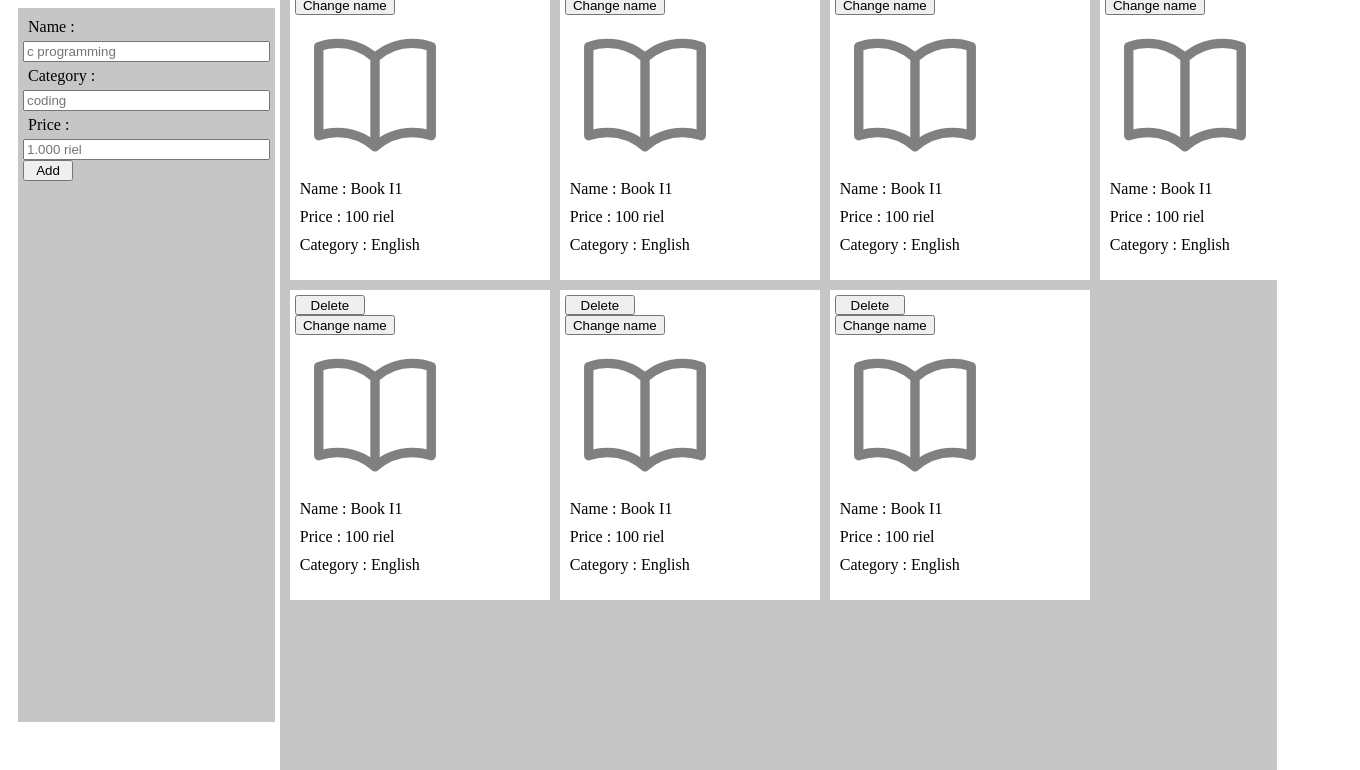
Repository: Sarah7223/internet-programming-tp
Page: TP2/TP02.6.html
An editor plug-in stored every save of this project. The page is shown before and after the next save, followed by the edit.
The browser window is 1280 px wide. The page is 1360 px wide, then 1282 px, so the pictures cover 1360 px, including what lies to the right of the window. The pictures show the whole page.

Above is the page before, as saved 2023-01-14 17:00:44.

After the next save:
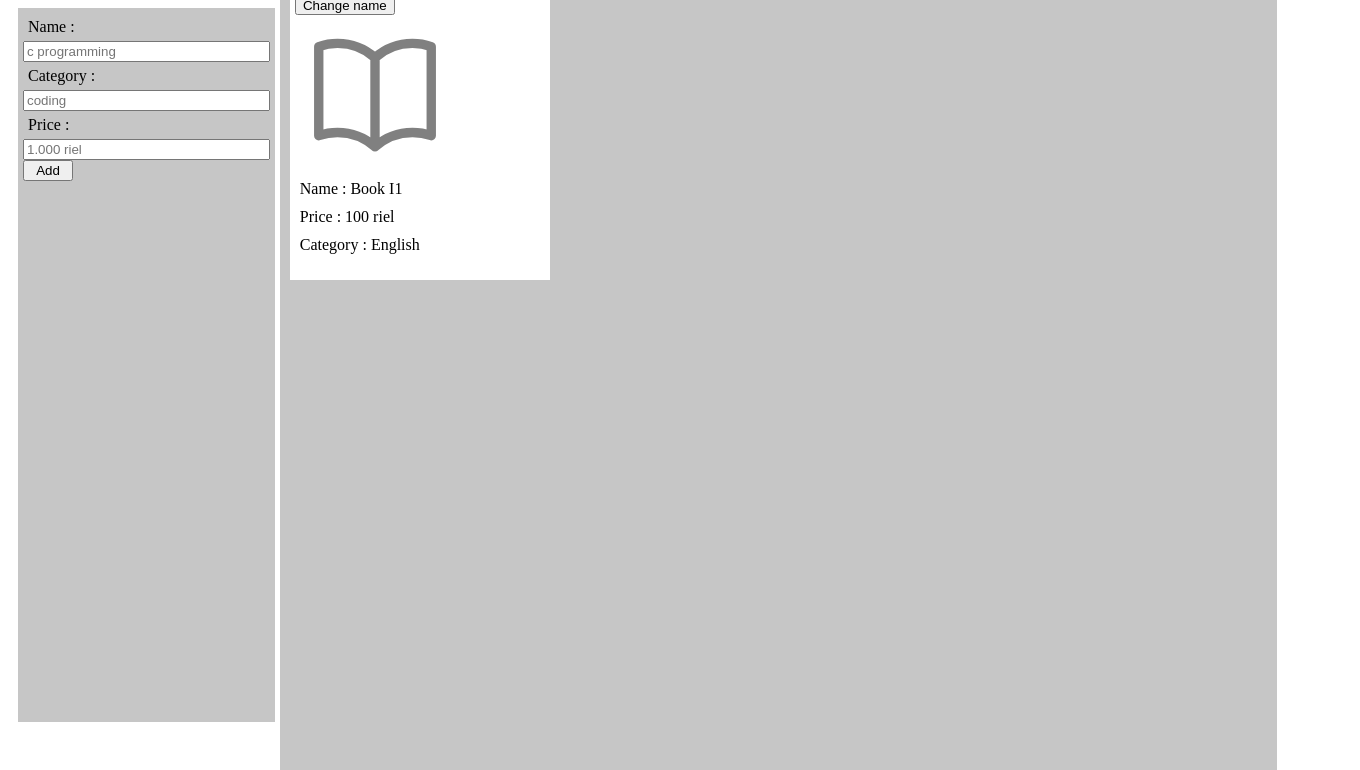
Saved 52 s later.
--- a/TP2/TP02.6.html
+++ b/TP2/TP02.6.html
@@ -72,80 +72,7 @@
                 <div> Price : 100 riel</div>
                 <div> Category : English</div>
             </div>
-            <div class="box">
-                <button style="width:70px;height:20px;">Delete</button>
-                <button style="width:100px;height:20px;">Change name</button>
-                <div class="icon">
-                    <svg xmlns="http://www.w3.org/2000/svg" fill="none" viewBox="0 0 24 24" stroke-width="1.5" stroke="currentColor" class="w-6 h-6">
-                        <path stroke-linecap="round" stroke-linejoin="round" d="M12 6.042A8.967 8.967 0 006 3.75c-1.052 0-2.062.18-3 .512v14.25A8.987 8.987 0 016 18c2.305 0 4.408.867 6 2.292m0-14.25a8.966 8.966 0 016-2.292c1.052 0 2.062.18 3 .512v14.25A8.987 8.987 0 0018 18a8.967 8.967 0 00-6 2.292m0-14.25v14.25" />
-                      </svg>
-                </div>
-                <div> Name : Book I1</div>
-                <div> Price : 100 riel</div>
-                <div> Category : English</div>
-            </div>
-            <div class="box">
-                <button style="width:70px;height:20px;">Delete</button>
-                <button style="width:100px;height:20px;">Change name</button>
-                <div class="icon">
-                    <svg xmlns="http://www.w3.org/2000/svg" fill="none" viewBox="0 0 24 24" stroke-width="1.5" stroke="currentColor" class="w-6 h-6">
-                        <path stroke-linecap="round" stroke-linejoin="round" d="M12 6.042A8.967 8.967 0 006 3.75c-1.052 0-2.062.18-3 .512v14.25A8.987 8.987 0 016 18c2.305 0 4.408.867 6 2.292m0-14.25a8.966 8.966 0 016-2.292c1.052 0 2.062.18 3 .512v14.25A8.987 8.987 0 0018 18a8.967 8.967 0 00-6 2.292m0-14.25v14.25" />
-                      </svg>
-                </div>
-                <div> Name : Book I1</div>
-                <div> Price : 100 riel</div>
-                <div> Category : English</div>
-            </div>
-            <div class="box">
-                <button style="width:70px;height:20px;">Delete</button>
-                <button style="width:100px;height:20px;">Change name</button>
-                <div class="icon">
-                    <svg xmlns="http://www.w3.org/2000/svg" fill="none" viewBox="0 0 24 24" stroke-width="1.5" stroke="currentColor" class="w-6 h-6">
-                        <path stroke-linecap="round" stroke-linejoin="round" d="M12 6.042A8.967 8.967 0 006 3.75c-1.052 0-2.062.18-3 .512v14.25A8.987 8.987 0 016 18c2.305 0 4.408.867 6 2.292m0-14.25a8.966 8.966 0 016-2.292c1.052 0 2.062.18 3 .512v14.25A8.987 8.987 0 0018 18a8.967 8.967 0 00-6 2.292m0-14.25v14.25" />
-                      </svg>
-                </div>
-                <div> Name : Book I1</div>
-                <div> Price : 100 riel</div>
-                <div> Category : English</div>
-            </div>
-            <div class="box">
-                <button style="width:70px;height:20px;">Delete</button>
-                <button style="width:100px;height:20px;">Change name</button>
-                <div class="icon">
-                    <svg xmlns="http://www.w3.org/2000/svg" fill="none" viewBox="0 0 24 24" stroke-width="1.5" stroke="currentColor" class="w-6 h-6">
-                        <path stroke-linecap="round" stroke-linejoin="round" d="M12 6.042A8.967 8.967 0 006 3.75c-1.052 0-2.062.18-3 .512v14.25A8.987 8.987 0 016 18c2.305 0 4.408.867 6 2.292m0-14.25a8.966 8.966 0 016-2.292c1.052 0 2.062.18 3 .512v14.25A8.987 8.987 0 0018 18a8.967 8.967 0 00-6 2.292m0-14.25v14.25" />
-                      </svg>
-                </div>
-                <div> Name : Book I1</div>
-                <div> Price : 100 riel</div>
-                <div> Category : English</div>
-            </div>
-            <div class="box">
-                <button style="width:70px;height:20px;">Delete</button>
-                <button style="width:100px;height:20px;">Change name</button>
-                <div class="icon">
-                    <svg xmlns="http://www.w3.org/2000/svg" fill="none" viewBox="0 0 24 24" stroke-width="1.5" stroke="currentColor" class="w-6 h-6">
-                        <path stroke-linecap="round" stroke-linejoin="round" d="M12 6.042A8.967 8.967 0 006 3.75c-1.052 0-2.062.18-3 .512v14.25A8.987 8.987 0 016 18c2.305 0 4.408.867 6 2.292m0-14.25a8.966 8.966 0 016-2.292c1.052 0 2.062.18 3 .512v14.25A8.987 8.987 0 0018 18a8.967 8.967 0 00-6 2.292m0-14.25v14.25" />
-                      </svg>
-                </div>
-                <div> Name : Book I1</div>
-                <div> Price : 100 riel</div>
-                <div> Category : English</div>
-            </div>
-            <div class="box">
-                <button style="width:70px;height:20px;">Delete</button>
-                <button style="width:100px;height:20px;">Change name</button>
-                <div class="icon">
-                    <svg xmlns="http://www.w3.org/2000/svg" fill="none" viewBox="0 0 24 24" stroke-width="1.5" stroke="currentColor" class="w-6 h-6">
-                        <path stroke-linecap="round" stroke-linejoin="round" d="M12 6.042A8.967 8.967 0 006 3.75c-1.052 0-2.062.18-3 .512v14.25A8.987 8.987 0 016 18c2.305 0 4.408.867 6 2.292m0-14.25a8.966 8.966 0 016-2.292c1.052 0 2.062.18 3 .512v14.25A8.987 8.987 0 0018 18a8.967 8.967 0 00-6 2.292m0-14.25v14.25" />
-                      </svg>
-                </div>
-                <div> Name : Book I1</div>
-                <div> Price : 100 riel</div>
-                <div> Category : English</div>
-            </div>
 
-        </div>
 
     </div>
 
